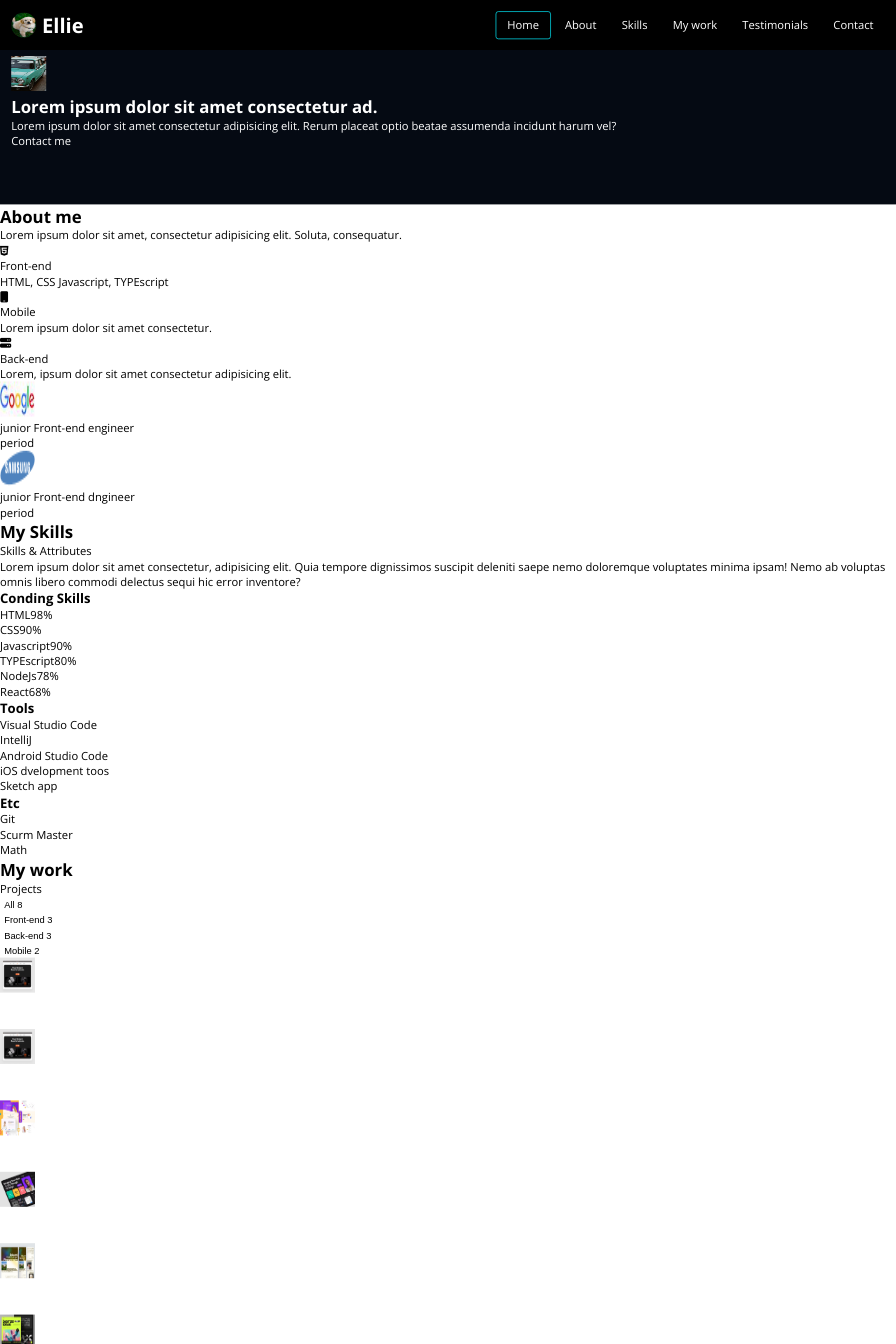
Repository: Arden-Sol/portfolio-website-clone-coding
Page: index.html
The author's editor kept a copy of each file at every save. The page is drawn from the files as they stood at one save, then again after the next save.
The browser window is 1280 px wide. The pictures show the part of the page from y = 0 to 1920 px (the page is 2745 px tall before and 2777 px after), at 70% of full size.
Some web libraries are served in a nearby version.

Above is the page before, as saved 2024-03-26 18:07:26.

### index.html
<!DOCTYPE html>
<html lang="en">

<head>
  <meta charset="UTF-8">
  <meta name="viewport" content="width=device-width, initial-scale=1.0">
  <!-- SEO -->
  <title>Arden&#39;s portfolio</title>
  <meta name="description" content="포트폴리오 연습장" />
  <meta name="author" content="arden">
  <link rel="shortcut icon" href="image/favicon.jpg" type="image/x-icon">
  <!-- OG (Open Graph Data) -->
  <meta property="og:title" content="포트폴리오">
  <meta property="og:type" content="website">
  <meta property="og:url" content="배포후 생성된 URL">
  <meta property="og:image" content="배포후 생성된 이미지 URL">
  <!-- Goole Font -->
  <link rel="preconnect" href="https://fonts.googleapis.com">
  <link rel="preconnect" href="https://fonts.gstatic.com" crossorigin>
  <link href="https://fonts.googleapis.com/css2?family=Open+Sans:ital,wght@0,300..800;1,300..800&display=swap"
    rel="stylesheet">
  <!-- Font Awesome -->
  <script src="https://kit.fontawesome.com/4dc9c1b526.js" crossorigin="anonymous"></script>
  <!-- CSS -->
  <link rel="stylesheet" href="css/style.css">
  <!-- Javascript -->
  <script src="src/main.js" defer></script>
</head>

<body>
  <!-- Header -->
  <header class="header">
    <div class="header__logo">
      <img class="header__logo__img" src="image/favicon.jpg" alt="">
      <h1 class="header__logo__title"><a href="#">Ellie</a></h1>
    </div>
    <nav>
      <ul class="header__menu">
        <li><a class="header__menu__item active" href="#home">Home</a></li>
        <li><a class="header__menu__item" href="#about">About</a></li>
        <li><a class="header__menu__item" href="#skills">Skills</a></li>
        <li><a class="header__menu__item" href="#work">My work</a></li>
        <li><a class="header__menu__item" href="#testimonial">Testimonials</a></li>
        <li><a class="header__menu__item" href="#contact">Contact</a></li>
      </ul>
    </nav>
  </header>
  <!-- Main -->
  <main>
    <!-- Home -->
    <section id="home">
      <img class="home__avatar" src="image/picture.jpg" alt="picture">
      <h2 class="home__title">Lorem ipsum dolor sit amet consectetur ad.</h2>
      <p class="home__description">Lorem ipsum dolor sit amet consectetur adipisicing elit. Rerum placeat optio beatae
        assumenda incidunt harum
        vel?</p>
      <a class="home__contact" href="#contact">Contact me</a>
    </section>
    <!-- About -->
    <section id="about">
      <h2>About me</h2>
      <p>Lorem ipsum dolor sit amet, consectetur adipisicing elit. Soluta, consequatur.</p>
      <ul>
        <li>
          <i class="fa-brands fa-html5"></i>
          <p>Front-end</p>
          <p>HTML, CSS Javascript, TYPEscript</p>
        </li>
        <li>
          <i class="fa-solid fa-mobile"></i>
          <p>Mobile</p>
          <p>Lorem ipsum dolor sit amet consectetur.</p>
        </li>
        <li>
          <i class="fa-solid fa-server"></i>
          <p>Back-end</p>
          <p>Lorem, ipsum dolor sit amet consectetur adipisicing elit.</p>
        </li>
      </ul>
      <ul>
        <li><img src="image/jobs/google.png" alt="google">
          <div>
            <p>junior Front-end engineer</p>
            <p>period</p>
          </div>
        </li>
        <li><img src="image/jobs/samsung.png" alt="samsung">
          <div>
            <p>
              junior Front-end dngineer
            </p>
            <p>period</p>
          </div>
        </li>
      </ul>
    </section>
    <!-- Skills -->
    <section id=" skills">
      <h2>My Skills</h2>
      <p>Skills & Attributes</p>
      <p>Lorem ipsum dolor sit amet consectetur, adipisicing elit. Quia tempore dignissimos suscipit deleniti saepe nemo
        doloremque voluptates minima ipsam! Nemo ab voluptas omnis libero commodi delectus sequi hic error inventore?
      </p>
      <div>
        <section>
          <h3>Conding Skills</h3>
          <ul>
            <li>
              <div><span>HTML</span><span>98%</span></div>
              <div>
                <div style="width: 98%"></div>
              </div>
            </li>
            <li>
              <div><span>CSS</span><span>90%</span></div>
              <div>
                <div style="width: 98%"></div>
              </div>
            </li>
            <li>
              <div><span>Javascript</span><span>90%</span></div>
              <div>
                <div style="width: 98%"></div>
              </div>
            </li>
            <li>
              <div><span>TYPEscript</span><span>80%</span></div>
              <div>
                <div style="width: 98%"></div>
              </div>
            </li>
            <li>
              <div><span>NodeJs</span><span>78%</span></div>
              <div>
                <div style="width: 98%"></div>
              </div>
            </li>
            <li>
              <div><span>React</span><span>68%</span></div>
              <div>
                <div style="width: 98%"></div>
              </div>
            </li>
          </ul>
        </section>
        <section>
          <h3>Tools</h3>
          <ul>
            <li>Visual Studio Code</li>
            <li>IntelliJ</li>
            <li>Android Studio Code</li>
            <li>iOS dvelopment toos</li>
            <li>Sketch app</li>
          </ul>
        </section>
        <section>
          <h3>Etc</h3>
          <ul>
            <li>Git</li>
            <li>Scurm Master</li>
            <li>Math</li>
          </ul>
        </section>
      </div>
    </section>
    <!-- Work -->
    <section id="work">
      <h2>My work</h2>
      <p>Projects</p>
      <ul>
        <li><button>All <span>8</span></button></li>
        <li><button>Front-end <span>3</span></button></li>
        <li><button>Back-end <span>3</span></button></li>
        <li><button>Mobile <span>2</span></button></li>
      </ul>
      <ul>
        <li>
          <a href="#" target="_blank">
            <img src="image/projects/project1.webp" alt="project8">
            <div>
              <h3>Project #1</h3>
              <p>Clone Coding with HTML, CSS</p>
            </div>
          </a>
        </li>
        <li><a href="#" target="_blank"><img src="image/projects/project1.webp" alt="project1">
            <div>
              <h3>Project #1</h3>
              <p>Clone Coding with HTML, CSS</p>
            </div>
          </a></li>
        <li><a href="#" target="_blank"><img src="image/projects/project2.webp" alt="project2">
            <div>
              <h3>Project #2</h3>
              <p>Clone Coding with HTML, CSS</p>
            </div>
          </a></li>
        <li><a href="#" target="_blank"><img src="image/projects/project3.webp" alt="project3">
            <div>
              <h3>Project #3</h3>
              <p>Clone Coding with HTML, CSS</p>
            </div>
          </a></li>
        <li><a href="#" target="_blank"><img src="image/projects/project4.webp" alt="project4">
            <div>
              <h3>Project #4</h3>
              <p>Clone Coding with HTML, CSS</p>
            </div>
          </a></li>
        <li><a href="#" target="_blank"><img src="image/projects/project5.webp" alt="project5">
            <div>
              <h3>Project #5</h3>
              <p>Clone Coding with HTML, CSS</p>
            </div>
          </a></li>
        <li><a href="#" target="_blank"><img src="image/projects/project6.webp" alt="project6">
            <div>
              <h3>Project #6</h3>
              <p>Clone Coding with HTML, CSS</p>
            </div>
          </a></li>
        <li><a href="#" target="_blank"><img src="image/projects/project7.webp" alt="project7">
            <div>
              <h3>Project #7</h3>
              <p>Clone Coding with HTML, CSS</p>
            </div>
          </a></li>
      </ul>
    </section>
    <!-- Testimonials -->
    <section id="testimonial">
      <h2>Testimonial</h2>
      <p>See what they say about me</p>
      <ul>
        <li><img src="image/testimonials/people1.webp" alt="people1">
          <p>Lorem ipsum dolor sit amet consectetur adipisicing elit. Veniam ab quasi totam excepturi iure enim iusto
            facilis ut odio facere quaerat, sapiente nesciunt eveniet magnam porro, officiis molestiae, et nobis!</p>
          <p><a href="#">James Kim</a> /Google</p>
        </li>
        <li><img src="image/testimonials/people2.webp" alt="people2">
          <div>
            <p>Lorem ipsum dolor sit amet consectetur, adipisicing elit. Deleniti est neque ipsum distinctio accusamus
              expedita molestiae mollitia animi odio quam minus a atque exercitationem quidem nisi, dolores vel quisquam
              ipsa.</p>
            <p><a href="#">Anna Jin /Samsung</a></p>
          </div>
        </li>
        <li>
          <img src="image/testimonials/people3.webp" alt="people3">
          <div>
            <p>Lorem ipsum dolor sit amet consectetur adipisicing elit. Aut rerum quam quae impedit esse atque laborum
              accusantium maxime repudiandae assumenda, perferendis beatae repellat at? Nam, soluta assumenda. Veniam,
              odit possimus?</p>
            <p><a href="#">Anna Jin /Samsung</a></p>
          </div>
        </li>
      </ul>
    </section>
    <!-- Arrow up -->
    <aside>
      <a href="#home" title="back to top">
        <i class="fa-solid fa-arrow-up"></i></a>
    </aside>
  </main>
  <!-- Footer -->
  <footer id="contact">
    <h2>Let&#39;s talk</h2>
    <p>highhigh222@naver.com</p>
    <ul>
      <li>
        <a href="#" title="arden github link" target="_blank">
          <i class="fa-brands fa-github"></i>
        </a>
      </li>
      <li>
        <a href="#" title="arden linkedin link" target="_blank">
          <i class="fa-brands fa-linkedin"></i>
        </a>
      </li>
    </ul>
    <p>Dream Coding ellie - All right reserved</p>
  </footer>


</body>

</html>

### css/style.css
/* Global */
:root {
/* App Colors */
--color-primary: var(--color-black);
--color-primary-variant: var(--color-gray);
--color-accent: var(--color-blue);
--color-accent-variant: var(--color-orange);
--color-text: var(--color-white);

  /* Colors */
--color-white: #ffffff;
--color-black: #050a13;
--color-blue: #03e8f9;
--color-orange: #fd6413;
--color-gray: #1b1e26;
}

*{
  box-sizing: border-box;
}

body {
  margin : 0;
  font-family: 'Open Sans', sans-serif;
}

h1, h2, h3,p,ul {
  margin : 0;

}

ul{
  list-style: none;
  padding: 0;
}
a {
  text-decoration: none;
  color : var(--color-text);
}

button {
  background-color: transparent;
  outline: 0;
  border : 0;
}

button:hover {
  outline: 1px solid var(--color-accent);
}
img {
  width: 50px;
  height: 50px;
}
/* Header */
.header{
  position:fixed;
  top:0;
  width: 100%;
  display: flex;
  justify-content: space-between;
  align-items: center;
  padding: 1rem;
  background-color: black;
}
.header__logo {
  display: flex;
  align-items: center;
  gap:8px;
}
.header__logo__img {
  width: 36px;
  height: 36px;
  border-radius: 100%;
}
.header__logo__title {
  font-size: 1.8rem;
}
.header__menu {
  display: flex;
  gap:4px
}
.header__menu__item {
  padding: 8px 16px;
}
.header__menu__item:hover {
  border-bottom:1px solid var(--color-accent)
}
.header__menu__item.active {
  border:1px solid var(--color-accent);
  border-radius: 4px;
}
/* Home */
#home{
  background-color: var(--color-primary);
  color: var(--color-text);
  padding : 5rem 1rem;
}

Loaded but not shown: src/main.js (common file)

After the next save:
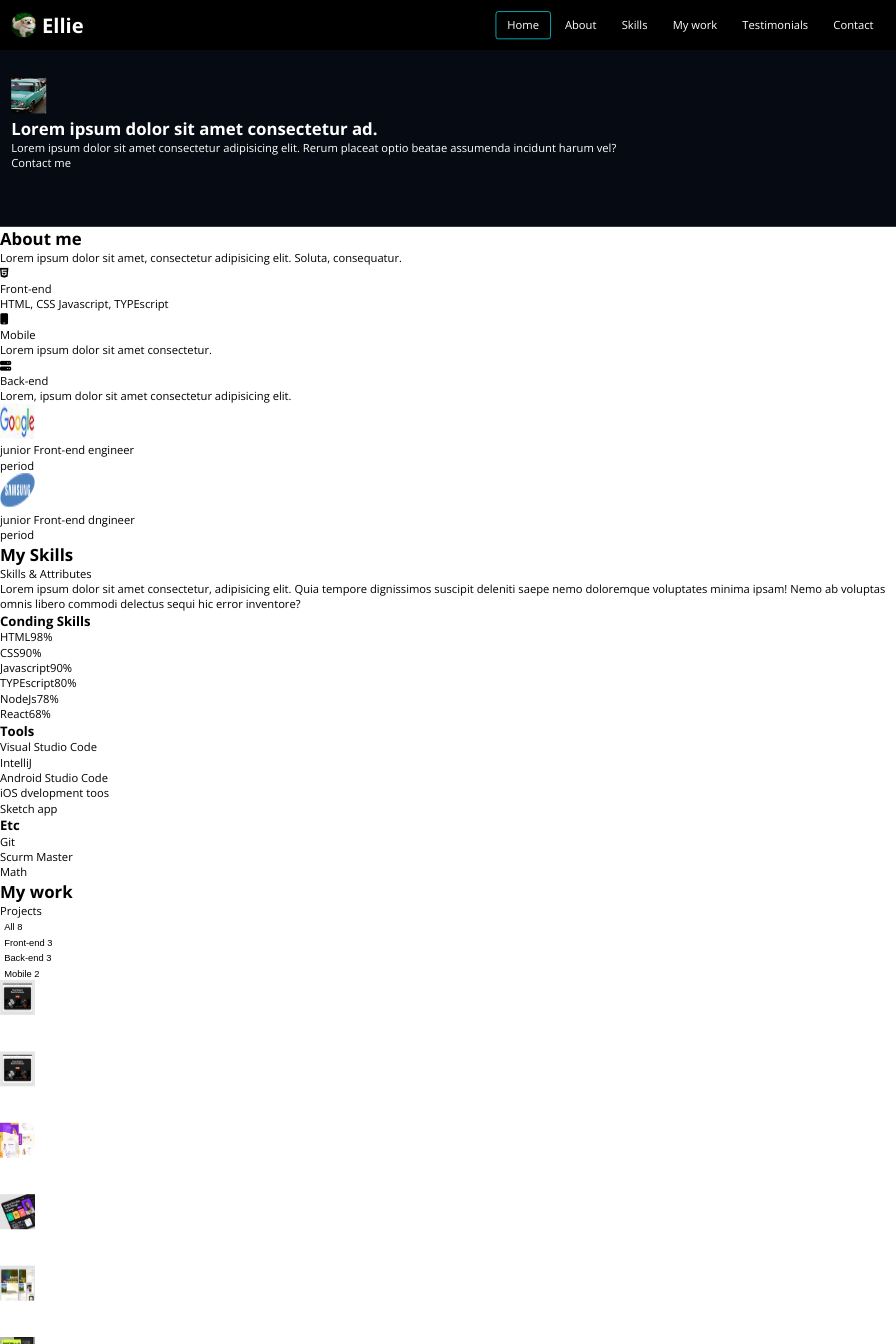
Saved 33 s later.
--- a/css/style.css
+++ b/css/style.css
@@ -94,4 +94,5 @@ img {
   background-color: var(--color-primary);
   color: var(--color-text);
   padding : 5rem 1rem;
+  padding-top: 7rem;
 }
